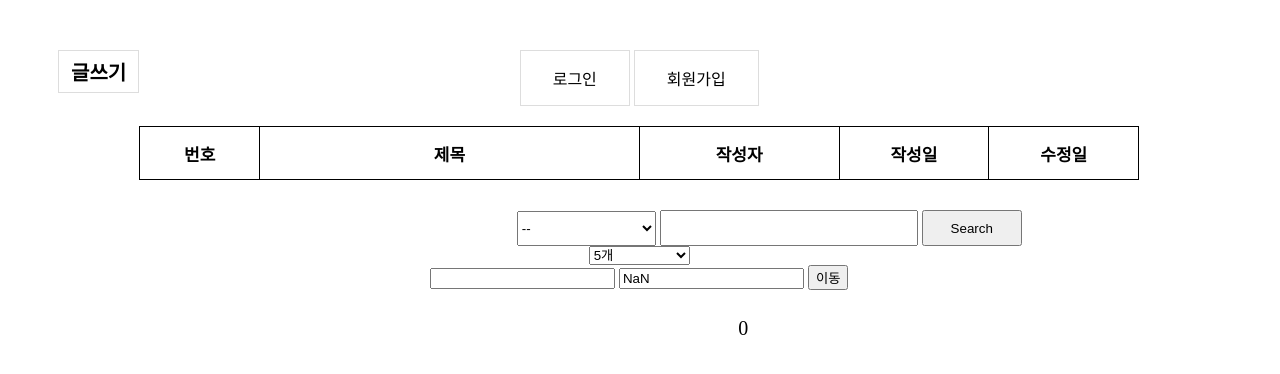
Repository: Shim-YoungDo/gaea-study
Page: http://localhost/study/WEB-INF/views/board/list.jsp
The author's editor kept a copy of each file at every save. The page is drawn from the files as they stood at one save, then again after the next save.
The browser window is 1280 px wide. The pictures show the whole page.
The page is served by Tomcat 9. Nobody is signed in. Other server files are loaded and not shown. The template is opened directly, without the code that normally fills it, so the values that code supplies are empty.

Above is the page before, as saved 2021-12-13 06:29:24.

### study/src/main/webapp/WEB-INF/views/board/list.jsp
<%@ page language="java" contentType="text/html; charset=UTF-8"
	pageEncoding="UTF-8"%>
<%@ taglib uri="http://java.sun.com/jsp/jstl/core" prefix="c"%>
<%@ taglib prefix="fmt" uri="http://java.sun.com/jsp/jstl/fmt"%>
<!DOCTYPE html>
<html>
<head>
<meta charset="UTF-8">
<title>Insert title here</title>
<link rel="stylesheet" href="/resources/css/board/list.css">
<script src="https://code.jquery.com/jquery-3.4.1.js"
	integrity="sha256-WpOohJOqMqqyKL9FccASB9O0KwACQJpFTUBLTYOVvVU="
	crossorigin="anonymous"></script>
</head>
<body>
	<div class="table_wrap">
		<a href="/board/registeView" class="enroll_btn">글쓰기</a>
		<div class="login_area">
		<!-- 로그인 x -->
		<c:if test="${member==null}">
		<div class="login_button"><a href="/member/login">로그인</a></div>
		<span><a href="/member/join">회원가입</a></span>
		</c:if>

		<!-- 로그인 o -->
		<c:if test="${member != null}">
		<div class="login_success_area">
			<span>이름:${member.memberName}</span>
			<span>아이디:${member.memberID}</span>
			<a href="/member/logout">로그아웃</a>
		</div>
		</c:if>

		<table>
			<thead>
				<tr>
					<th class="bno_width">번호</th>
					<th class="title_width">제목</th>
					<th class="writer_width">작성자</th>
					<th class="regdate_width">작성일</th>
					<th class="updatedate_width">수정일</th>
				</tr>
			</thead>
			<c:forEach items="${list}" var="list">
				<tr>
					<td><c:out value="${list.boardNumber}" /></td>
					<td>
						<a class="move" href='<c:out value="${list.boardNumber}"/>'>
							<c:out value="${list.boardTitle}" />
						</a>
					</td>
					<td>
						<c:out value="${list.boardWriter}" />
					</td>
					<td>
						<fmt:formatDate pattern="yyyy/MM/dd"
							value="${list.boardRegistrationDate}" />
					</td>
					<td>
						<fmt:formatDate pattern="yyyy/MM/dd"
							value="${list.boardUpdateDate}" />
					</td>
				</tr>
			</c:forEach>
		</table>

		<div class="search_wrap">
			<div class="search_area">
				<select name="type">
                <option value="" <c:out value="${pageMake.cri.type == null?'selected':'' }"/>>--</option>
                <option value="T" <c:out value="${pageMake.cri.type eq 'T'?'selected':'' }"/>>제목</option>
                <option value="C" <c:out value="${pageMake.cri.type eq 'C'?'selected':'' }"/>>내용</option>
                <option value="W" <c:out value="${pageMake.cri.type eq 'W'?'selected':'' }"/>>작성자</option>
                <option value="TC" <c:out value="${pageMake.cri.type eq 'TC'?'selected':'' }"/>>제목 + 내용</option>
                <option value="TW" <c:out value="${pageMake.cri.type eq 'TW'?'selected':'' }"/>>제목 + 작성자</option>
                <option value="TCW" <c:out value="${pageMake.cri.type eq 'TCW'?'selected':'' }"/>>제목 + 내용 + 작성자</option>
            </select>
				<input type="text" name="keyword" value="${pageMake.cri.keyword}">
				<button>Search</button>
			</div>
		</div>

		<div class="amount_wrap">
			<div class="amount_area">

					<select name="amount" onchange="selectBoxChange(this.value);">
						<option value="" disabled >=== 선택 ===</option>
						<option value=5 <c:out value="${pageMake.cri.amount == 5?'selected':''}"/>>5개</option>
    					<option value=10 <c:out value="${pageMake.cri.amount == 10?'selected':''}"/>>10개</option>
    					<option value=20 <c:out value="${pageMake.cri.amount == 20?'selected':''}"/>>20개</option>
    					<option value=25 <c:out value="${pageMake.cri.amount == 25?'selected':''}"/>>25개</option>

					</select>

			</div>
		</div>


		<div class="page_select_wrap">
			<div class="page_select_area">
				<input type = "text" pattern="\d" name="pageSelect"<c:out value="${pageMake.cri.pageNum }"/>>
				<input name = "totalPage" readonly="readonly" value = '<c:out value="${pageMake.boardTotal*1/pageMake.cri.amount}"/>'>
				<button>이동</button>
			</div>
		</div>






		<div class="pageInfo_wrap">
			<div class="pageInfo_area">
				<ul id="pageInfo" class="pageInfo">

					<!-- 이전페이지 버튼 -->
					<c:if test="${pageMake.prev}">
						<li class="pageInfo_btn previous"><a href="${pageMake.startPage-1}">이전</a></li>
					</c:if>

					<!-- 각 번호 페이지 버튼 -->
					<c:forEach var="num" begin="${pageMake.startPage}" end="${pageMake.endPage}">
						<li class="pageInfo_btn ${pageMake.cri.pageNum == num ? "active":"" }"><a href="${num}">${num}</a></li>
					</c:forEach>

					<!--
					<form id="pageForm" method="post">
					<select name="amount" id="amount" onchange="selectBoxChange(this.value);">
						<option value="none">=== 선택 ===</option>
						<option value="5">5개</option>
    					<option value="10">10개</option>
    					<option value="20">20개</option>
					</select>
					</form>
					-->

					<!-- 다음페이지 버튼 -->
					<c:if test="${pageMake.next}">
						<li class="pageInfo_btn next"><a href="${pageMake.endPage+1}">다음</a></li>
					</c:if>
				</ul>
			</div>
		</div>

		<form id="moveForm" method="get">
			<input type="hidden" name="pageNum" value="${pageMake.cri.pageNum}">
			<input type="hidden" name="amount" value="${pageMake.cri.amount}">
			<input type="hidden" name="keyword" value="${pageMake.cri.keyword}">
			<input type="hidden" name="type" value="${pageMake.cri.type}">

		</form>
	</div>
</div>
	<script>
		let moveForm = $("#moveForm");
		let pageForm = $("#pageForm");

		$(".move").on("click", function(e) {
			e.preventDefault();
			moveForm.append("<input type='hidden' name='boardNumber' value='"
					+ $(this).attr("href") + "'>"); //<form>내부 boardNumber값을 저장하는 <input>태그 생성
			moveForm.attr("action", "/board/getPage");
			moveForm.submit();
				});

		$(".pageInfo a").on("click", function(e){
			e.preventDefault();
			moveForm.find("input[name='pageNum']").val($(this).attr("href")); //<form>내부 pageNum과 관련된 <input>태그의 value 속성값에 클릭한<a>태그 페이지 번호 삽입
			moveForm.attr("action", "/board/list");
			moveForm.submit();
		});

		/*
		var selectBoxChange = function(value){
			console.log("결과:" +value);
			$.ajax({
				type:"post",
				url:"/board/pageAmount",
				data: "pageAmount=" +value,
				success : function(data){
					alert("성공", +data);
					console.log(data);
				}
			});
		}*/

		/*
		$("#pageForm").change(function(){
			var pageAmount = value;

			$.ajax({
				type:"post",
				url:"/board/pageAmount",
				data: "pageAmount=" +pageAmount,
				success : function(data){
					alert("성공", +data);
					console.log(data);
				}
			});

		});*/


		//검색기능
		$(".search_area button").on("click", function(e){
			e.preventDefault();

			let type = $(".search_area select").val();
			let keyword = $(".search_area input[name='keyword']").val();

			if(!type){
				alert("검색 종류를 선택하세요");
				return false;
			}
			if(!keyword){
				alert("키워드를 입력하세요");
				return false;
			}

			//let val = $("input[name='keyword']").val();
			moveForm.find("input[name='type']").val(type);
			moveForm.find("input[name='keyword']").val(keyword);
			moveForm.find("input[name='pageNum']").val(1);
			moveForm.submit();
		});

		/*
		$("#pageForm").change(function(){
			var pageAmount = value;
			let amount = $(".amount_area select").val();

			pageForm.find("input[name]='amount'").val(amount);
			pageForm.submit();
		});*/

		//화면에 출력될 총 게시글 수 선택
		var selectBoxChange = function(value){

			let amount = $(".amount_area select").val();

			//pageForm.find("input[name]='amount'").val(amount);
			//pageForm.submit();
			moveForm.find("input[name='amount']").val(amount);
			moveForm.find("input[name='pageNum']").val(1);
			moveForm.submit();

			console.log("결과:" +value);
			//alert("성공", +data);
		}

		$(".page_select_area button").on("click",function(){

			let pageNum = $(".page_select_area [name='pageSelect']").val();

			moveForm.find("input[name='pageNum']").val(pageNum);
			moveForm.attr("action", "/board/list");
			moveForm.submit();
		});




		/*
		$(".page_count_area button").on("click"function(){
			let pageCount = $(".page_count_area [name='pageCount']").val();
			moveForm.find("input[name='pageCount']").val(pageCount);
			moveForm.attr("action", "/board/list");
			moveForm.submit();
		});
		*/
	</script>

</body>
</html>

### study/src/main/webapp/resources/css/board/list.css
@charset "UTF-8";
a{
  	text-decoration : none;
  }
  table{
 	border-collapse: collapse;
 	width: 1000px;
 	margin-top : 20px;
 	text-align: center;
  }
  td, th{
  	border : 1px solid black;
  	height: 50px;
  }
  th{
  	font-size : 17px;
  }
  thead{
  	font-weight: 700;
  }
  .table_wrap{
  	margin : 50px 0 0 50px;
  }
  .bno_width{
  	width: 12%;
  }
  .writer_width{
  	width: 20%;
  }
  .regdate_width{
  	width: 15%;
  }
  .updatedate_width{
  	width: 15%;
  }
  .enroll_btn{
    float:left;
  	font-size: 20px;
    padding: 6px 12px;
    background-color: #fff;
    border: 1px solid #ddd;
    font-weight: 600;
  }
  .list_btn{
  	float:center;
  	font-size: 20px;
    padding: 6px 12px;
    background-color: #fff;
    border: 1px solid #ddd;
    font-weight: 600;
  }

  .pageInfo{
      list-style : none;
      display: inline-block;
    margin: 20px 0 0 150px;
  }
  .pageInfo li{
      float: left;
    font-size: 20px;
    margin-left: 18px;
    padding: 7px;
    font-weight: 500;
  }
  .login_area{
	height:30%;
	display:inline-block;
	text-align:center;
}
  .login_button{
  	background-color: #ffffff; /* Green */
    border: 1px solid #ddd;
    color: white;
    padding: 15px 32px;
    text-align: center;
    text-decoration: none;
    display: inline-block;
    font-size: 16px;
  }
  .login_area>span{
	background-color: #ffffff; /* Green */
    border: 1px solid #ddd;
    color: white;
    padding: 15px 32px;
    text-align: center;
    text-decoration: none;
    display: inline-block;
    font-size: 16px;
}

/*로그인 성공 영역*/
.login_success_area{
	width:25%;
	height:30%;
	border:2px solid #7474ad;
	border-radius:15px;
	margin:5% auto;
}
.login_success_area>span{
	display:block;
	text-align:left;
	margin-left:10px
}
.login_success_area>a{
    font-size: 15px;
    font-weight: 900;
    display: inline-block;
    margin-top: 5px;
    background: #e1e5e8;
    width: 82px;
    height: 22px;
    line-height: 22px;
    border-radius: 25px;
    color: #606267;
}

.search_area{
    display: inline-block;
    margin-top: 30px;
    margin-left: 260px;
  }
  .search_area input{
      height: 30px;
    width: 250px;
  }
  .search_area button{
     width: 100px;
    height: 36px;
  }

  .search_area select{
  	height:35px;
  }


 a:link {color:black; text-decoration: none;}
 a:visited {color:black; text-decoration: none;}
 a:hover {color:blue; text-decoration: underline;}
 .active{
 	text-decoration:underline;
 }

After the next save:
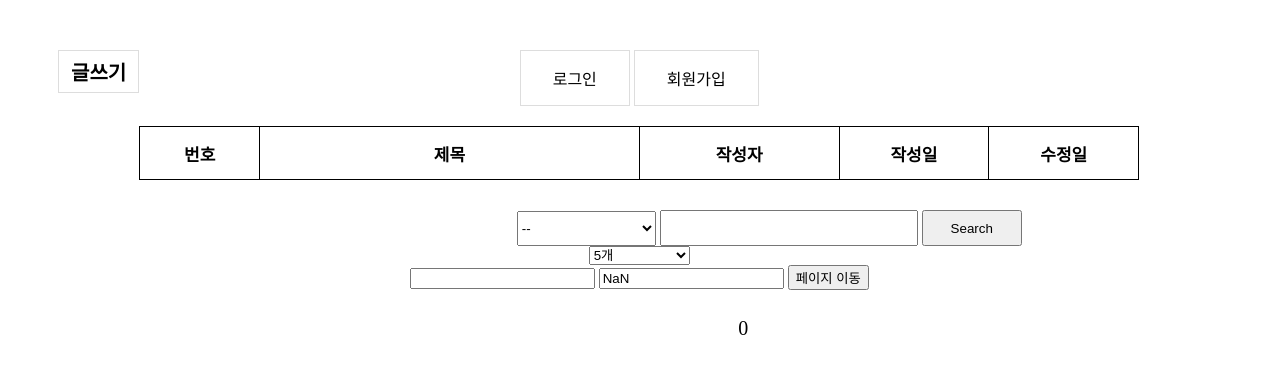
Saved 86 s later.
--- a/study/src/main/webapp/WEB-INF/views/board/list.jsp
+++ b/study/src/main/webapp/WEB-INF/views/board/list.jsp
@@ -100,7 +100,7 @@
 			<div class="page_select_area">
 				<input type = "text" pattern="\d" name="pageSelect"<c:out value="${pageMake.cri.pageNum }"/>>
 				<input name = "totalPage" readonly="readonly" value = '<c:out value="${pageMake.boardTotal*1/pageMake.cri.amount}"/>'>
-				<button>이동</button>
+				<button>페이지 이동</button>
 			</div>
 		</div>
 
